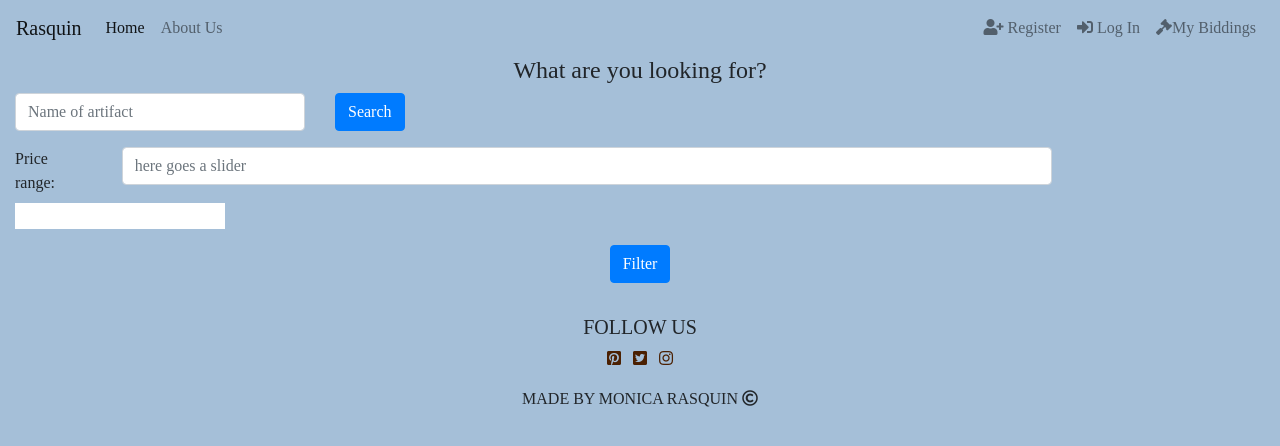
Repository: Rasquin/auction
Page: templates/base.html
The author's editor kept a record of every edit. The page is drawn from the files as they stood at one moment, then again after the next edit.
The browser window is 1280 px wide. The pictures show the whole page.
Some web libraries are served in a nearby version. The template is drawn by Django 2.2. The application's start-up code is not run. Other server files are loaded and not shown. The template is opened directly, without the code that normally fills it, so the values that code supplies are empty.

Above is the page before.
Console error: TypeError: $(...).slider is not a function

### templates/base.html
<!DOCTYPE html>

{% load staticfiles %}

<html lang="en">

<head>
    <meta charset="UTF-8">
    <meta name="viewport" content="width=device-width, initial-scale=1.0">
    <meta http-equiv="X-UA-Compatible" content="ie=edge">

    <!-- Bootstrap compiled and minified CSS -->
    <link rel="stylesheet" href="https://stackpath.bootstrapcdn.com/bootstrap/4.3.1/css/bootstrap.min.css" integrity="sha384-ggOyR0iXCbMQv3Xipma34MD+dH/1fQ784/j6cY/iJTQUOhcWr7x9JvoRxT2MZw1T" crossorigin="anonymous">

    <!-- Font Awesome compiled and minified CSS -->
    <link rel="stylesheet" href="{% static 'font-awesome/css/all.css' %}">

    <!-- jQuery UI Slider - Range slider CSS -->
    <link rel="stylesheet" href="//code.jquery.com/ui/1.12.1/themes/base/jquery-ui.css">

    <!-- Own CSS -->
    <link rel="stylesheet" href="{% static 'css/mystyle.css' %}" type="text/css" />

    <!-- jQuery UI Slider - Range slider Scripts -->
    <script src="https://code.jquery.com/jquery-1.12.4.js"></script>
    <script src="https://code.jquery.com/ui/1.12.1/jquery-ui.js"></script>

    <!-- Own Scripts -->
    <script type="text/javascript" src="{% static 'js/myscript.js' %}"></script>

    <script>
        $(function() {
            $("#slider-range").slider({
                range: true,
                min: 0,
                max: 500,
                values: [75, 300],
                slide: function(event, ui) {
                    $("#amount").val("$" + ui.values[0] + " - $" + ui.values[1]);
                }
            });
            $("#amount").val("$" + $("#slider-range").slider("values", 0) +
                " - $" + $("#slider-range").slider("values", 1));
        });
    </script>

    {% block head_js %}
    {% endblock head_js %}

    <title>Monica's Auction</title>
</head>


<body>
    <!-- NavBar area -  Fixed masthead -->
    <nav class="navbar navbar-expand-lg navbar-light bg-light">
        <a class="navbar-brand" href="#">Rasquin</a>
        <button class="navbar-toggler" type="button" data-toggle="collapse" data-target="#navbarSupportedContent" aria-controls="navbarSupportedContent" aria-expanded="false" aria-label="Toggle navigation">
            <span class="navbar-toggler-icon"></span>
        </button>

        <div class="collapse navbar-collapse" id="navbarSupportedContent">
            <ul class="navbar-nav mr-auto">
                <li class="nav-item active">
                    <a class="nav-link" href="{% url 'index' %}">Home <span class="sr-only">(current)</span></a>
                </li>
                <li class="nav-item">
                    <a class="nav-link" href="#">About Us</a>
                </li>
            </ul>
            <ul class="navbar-nav navbar-right">
                    {% if user.is_authenticated %}
                        <li class="nav-item">
                            <a class="nav-link" href="{% url 'profile' %}"><i class="fa fa-user"></i> Profile</a>
                        </li>
                        <li class="nav-item">
                            <a class="nav-link" href="{% url 'logout' %}"><i class="fa fa-sign-out-alt"></i> Log Out</a>
                        </li>
                    {%  else %}
                        <li class="nav-item">
                            <a class="nav-link" href="{% url 'register' %}"><i class="fa fa-user-plus"></i> Register</a>
                        </li>
                        <li class="nav-item">
                            <a class="nav-link" href="{% url 'login' %}"><i class="fa fa-sign-in-alt"></i> Log In</a>
                        </li>
                    {% endif %}
                        <li class="nav-item">
                            <a class="nav-link" href="{% url 'view_my_biddings' %}">
                                <i class="fas fa-gavel"></i>My Biddings
                                {% if product_count > 0 %}
                                <label class="badge badge-warning">{{ product_count }}</label>
                                {% endif %}
                            </a>
                        </li>

                </ul>
        </div>
    </nav>

    <!-- Messages area -->
    {% if messages %}
        <div class="alert alert-success">
            <div class="messages">
                {% for message in messages %}
                    {{ message }}
                {% endfor %}
            </div>
        </div>
    {% endif %}

    <!-- Search area -->
    <div class="container-fluid">
        <h4 class="text-center"> What are you looking for?</h4>
        <div class="row ">

            <!-- Search by name -->
            <form action="{% url 'search_by_name' %}" method="get" class="col-12">
                {% csrf_token %}
                <div class="form-group">
                    <div class="row">
                        <div class="col-8 col-md-6 col-lg-3">
                            <input type="text" class="form-control" id="artifact_name" name="artifact_name" required placeholder="Name of artifact">
                        </div>
                        <div class="col-1">
                            <button class="btn btn-primary" type="search">Search</button>
                        </div>
                    </div>
                </div>
            </form>

            <!-- Filters -->
            <form action="{% url 'filters' %}" method="get" class="col-12">
                {% csrf_token %}
                <div class="form-group">
                    <div class="row">
                        <div class="col-12 col-md-1">
                            <p>
                                <label for="amount">Price range:</label>
                                <input type="text" id="amount" readonly style="border:0; color:#f6931f; font-weight:bold;">
                            </p>
                        </div>
                        <div class="col-12 col-md-9">
                            <input type="text" class="form-control" id="artifact_name" name="artifact_name" required placeholder="here goes a slider">
                        </div>
                    </div>
                    <div class="row">
                        <div class="col-12">
                            <p class="text-center">
                                <button class="btn btn-primary" type="search">Filter</button>
                            </p>
                        </div>
                    </div>
                </div>
            </form>

        </div>
    </div>

        <!-- Block content area -->
    <div class="container-fluid">
        {% block content %} {% endblock %}
    </div>

    <!-- Footer area -->
    <footer class="container-fluid">


        <!-- SOCIAL MEDIA-->
        <div class="row ">
            <div class="col-12 text-center">
                <h5 class="text-uppercase">Follow Us</h5>
                <ul class="list-inline social-links">
                    <li class="list-inline-item"><a href="#"><i class="fab fa-pinterest-square"  aria-hidden="true"></i></a></li>
                    <li class="list-inline-item"><a href="#"><i class="fab fa-twitter-square" aria-hidden="true"></i></a></li>
                    <li class="list-inline-item"><a href="#"><i class="fab fa-instagram" aria-hidden="true"></i></a></li>
                </ul>
            </div>
        </div>

        <!--COPYRIGHT-->
        <div class="row ">
            <div class="col-12">

                <p class="text-center text-uppercase">Made by Monica Rasquin <i class="far fa-copyright"></i> </p>
            </div>
        </div>
    </footer>

    <!-- Bootstrap compiled and minified JavaScript -->
    <script src="https://code.jquery.com/jquery-3.3.1.slim.min.js" integrity="sha384-q8i/X+965DzO0rT7abK41JStQIAqVgRVzpbzo5smXKp4YfRvH+8abtTE1Pi6jizo" crossorigin="anonymous"></script>
    <script src="https://cdnjs.cloudflare.com/ajax/libs/popper.js/1.14.7/umd/popper.min.js" integrity="sha384-UO2eT0CpHqdSJQ6hJty5KVphtPhzWj9WO1clHTMGa3JDZwrnQq4sF86dIHNDz0W1" crossorigin="anonymous"></script>
    <script src="https://stackpath.bootstrapcdn.com/bootstrap/4.3.1/js/bootstrap.min.js" integrity="sha384-JjSmVgyd0p3pXB1rRibZUAYoIIy6OrQ6VrjIEaFf/nJGzIxFDsf4x0xIM+B07jRM" crossorigin="anonymous"></script>

</body>
</html>

### static/js/myscript.js
//--------------------------------------Slider for Prices filter
function getPriceVals() {
    // Get slider price values
    var parent = this.parentNode;
    var slides = parent.getElementsByTagName("input");
    var slide1 = parseFloat(slides[0].value);
    var slide2 = parseFloat(slides[1].value);
    // Neither slider will clip the other, so make sure we determine which is larger
    if (slide1 > slide2) { var tmp = slide2;
        slide2 = slide1;
        slide1 = tmp; }

    var displayElement = parent.getElementsByClassName("rangePriceValues")[0];
    displayElement.innerHTML = "€ " + slide1 + " - €" + slide2;
}

//--------------------------------------Slider for Year filter
function getYearVals() {
    // Get Year slider values
    var parent = this.parentNode;
    var slides = parent.getElementsByTagName("input");
    var slide1 = parseFloat(slides[0].value);
    var slide2 = parseFloat(slides[1].value);
    // Neither slider will clip the other, so make sure we determine which is larger
    if (slide1 > slide2) { var tmp = slide2;
        slide2 = slide1;
        slide1 = tmp; }

    var displayElement = parent.getElementsByClassName("rangeYearValues")[0];
    displayElement.innerHTML = "From " + slide1 + " To " + slide2;
}

//----------------------------------------------- Initialize Sliders
window.onload = function() {
    // For Price
    var sliderSectionsPrice = document.getElementsByClassName("range-slider-price");
    for (var x = 0; x < sliderSectionsPrice.length; x++) {
        var slidersPrice = sliderSectionsPrice[x].getElementsByTagName("input");
        for (var y = 0; y < slidersPrice.length; y++) {
            if (slidersPrice[y].type === "range") {
                slidersPrice[y].oninput = getPriceVals;
                // Manually trigger event first time to display values
                slidersPrice[y].oninput();
            }
        }
    }
    // For Year
    var sliderSectionsYear = document.getElementsByClassName("range-slider-year");
    for (var x = 0; x < sliderSectionsYear.length; x++) {
        var slidersYear = sliderSectionsYear[x].getElementsByTagName("input");
        for (var y = 0; y < slidersYear.length; y++) {
            if (slidersYear[y].type === "range") {
                slidersYear[y].oninput = getYearVals;
                // Manually trigger event first time to display values
                slidersYear[y].oninput();
            }
        }
    }
}

Loaded but not shown: static/font-awesome/css/all.css (library); static/css/mystyle.css (common file)

After the next edit:
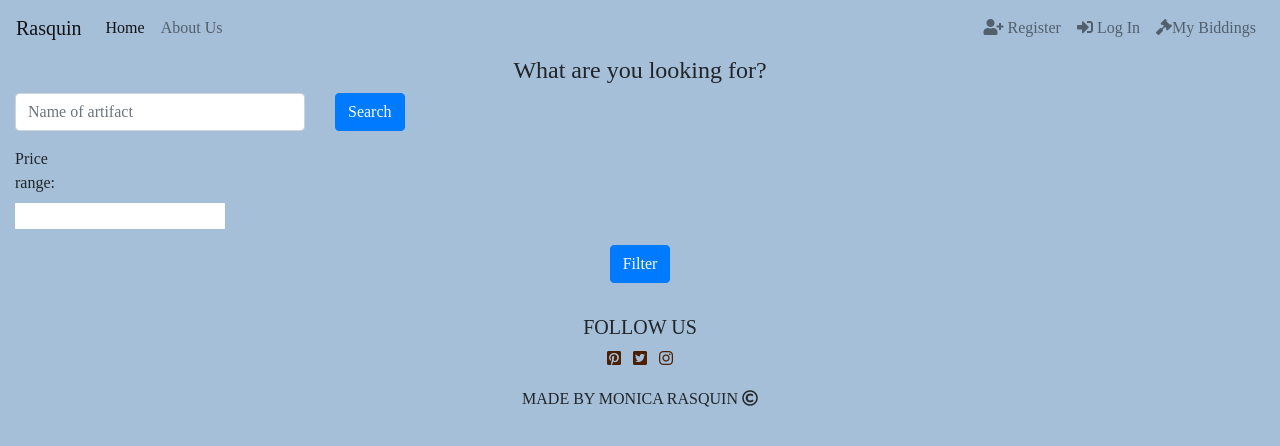
The edit:
--- a/templates/base.html
+++ b/templates/base.html
@@ -140,7 +140,7 @@
                             </p>
                         </div>
                         <div class="col-12 col-md-9">
-                            <input type="text" class="form-control" id="artifact_name" name="artifact_name" required placeholder="here goes a slider">
+                            <div id="slider-range"></div>
                         </div>
                     </div>
                     <div class="row">
